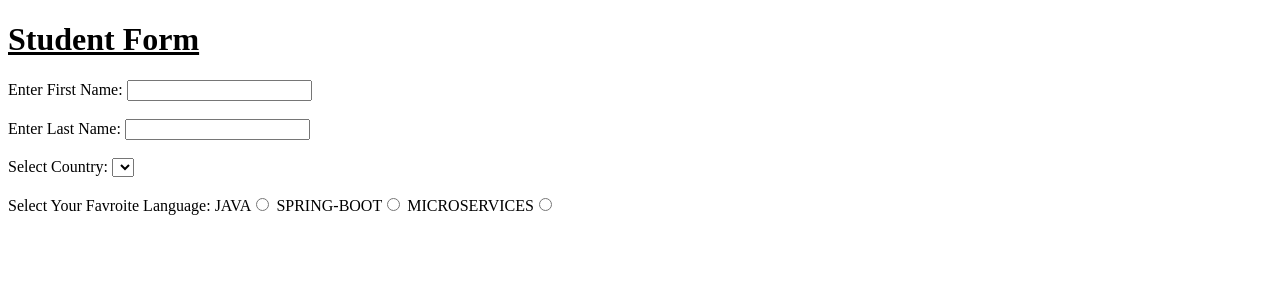
Repository: Jaydevare/WebJava
Page: http://localhost/SpringMVCFormTag/WEB-INF/views/studentForm.jsp
The author's editor kept a copy of each file at every save. The page is drawn from the files as they stood at one save, then again after the next save.
The browser window is 1280 px wide. The pictures show the whole page.
The page is served by Tomcat 9. Nobody is signed in. The template is opened directly, without the code that normally fills it, so the values that code supplies are empty.

Above is the page before, as saved 2025-05-26 09:22:23.

After the next save:
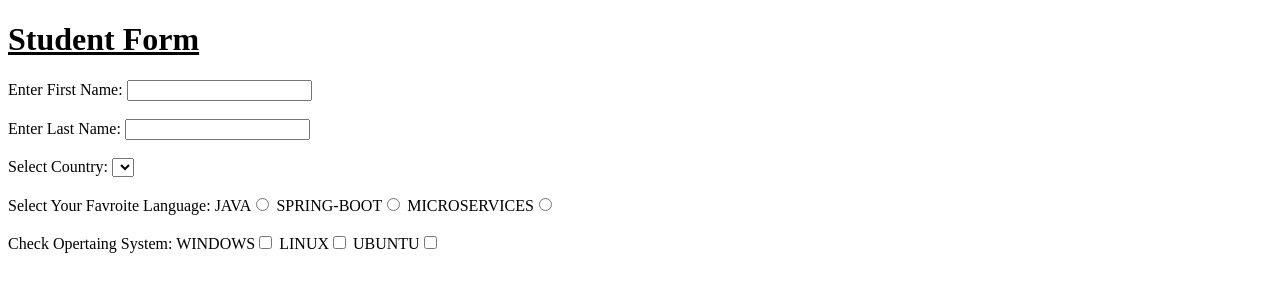
Saved 112 s later.
--- a/SpringMVCFormTag/src/main/webapp/WEB-INF/views/studentForm.jsp
+++ b/SpringMVCFormTag/src/main/webapp/WEB-INF/views/studentForm.jsp
@@ -25,6 +25,11 @@ Select Your Favroite Language:
 JAVA<form:radiobutton path="favoriteLanguage" value="Java"/>
 SPRING-BOOT<form:radiobutton path="favoriteLanguage" value="Spring-Boot"/>
 MICROSERVICES<form:radiobutton path="favoriteLanguage" value="Microservices"/>
+<br><br>
+Check Opertaing System:
+WINDOWS<form:checkbox path="operatingSystem" value="Windows"/>
+LINUX<form:checkbox path="operatingSystem" value="Linux"/>
+UBUNTU<form:checkbox path="operatingSystem" value="Ubuntu"/>
 </form:form>
 </body>
 </html>
